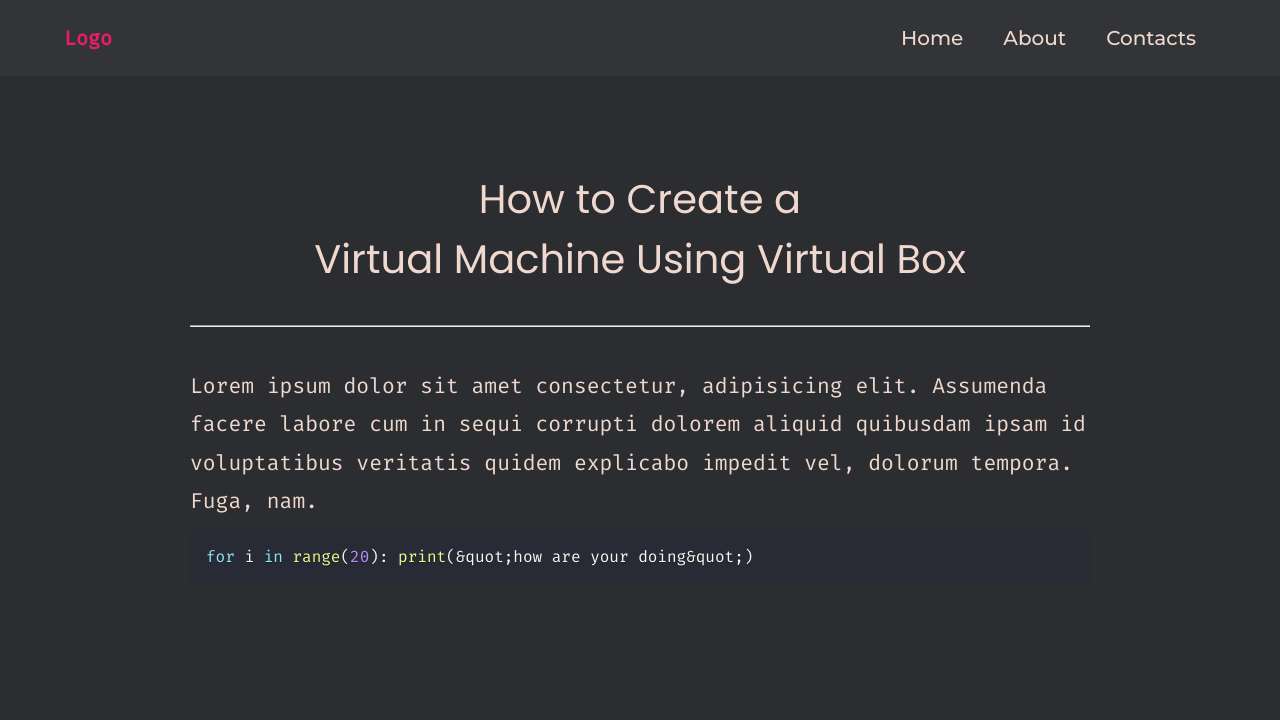
Repository: BuddyBob/thavasantonio
Page: /#/virtual-machine
These files come from the project's save history. The page is drawn as it stood at one moment and after the next save; the edit follows.
The browser window is 1280 px wide. The pictures show the whole page.
The project was rebuilt for these pictures with package versions that can differ from the ones it lists, and the page was loaded fresh each time. A package was used in the major version that the imports need, not the one package.json lists. Also part of the build but not shown: src/components/Card.js, src/Home.js.

Above is the page before, as saved 2021-08-20 15:23:06.

After the next save:
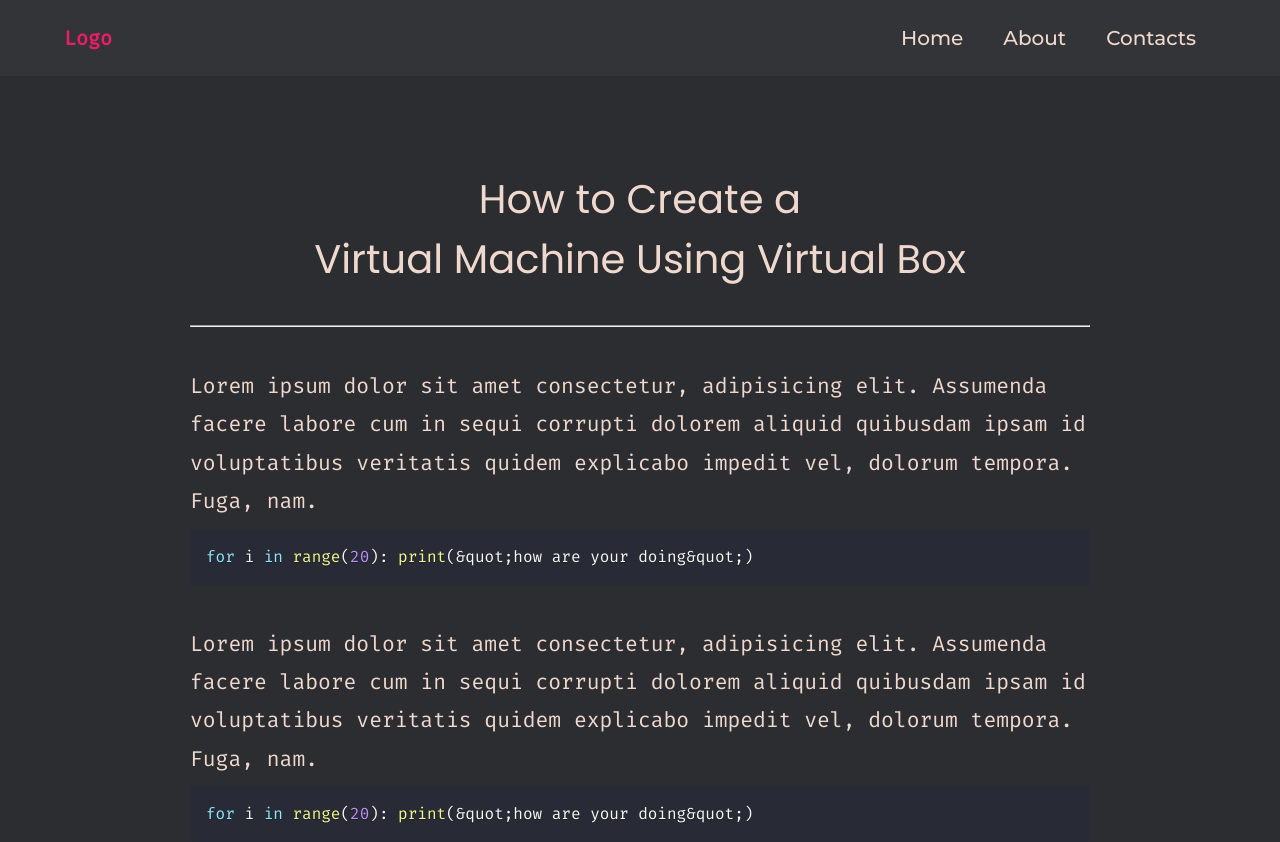
Saved 12 s later.
--- a/src/components/Pages/Virtual-Machine/VM.js
+++ b/src/components/Pages/Virtual-Machine/VM.js
@@ -15,6 +15,10 @@ export default function VM() {
                             Lorem ipsum dolor sit amet consectetur, adipisicing elit. Assumenda facere labore cum in sequi corrupti dolorem aliquid quibusdam ipsam id voluptatibus veritatis quidem explicabo impedit vel, dolorum tempora. Fuga, nam.
                         </p>
                         <CodeBlock language="javascript" codeString={"for i in range(20): print(&quot;how are your doing&quot;)"}/>
+                        <p>
+                            Lorem ipsum dolor sit amet consectetur, adipisicing elit. Assumenda facere labore cum in sequi corrupti dolorem aliquid quibusdam ipsam id voluptatibus veritatis quidem explicabo impedit vel, dolorum tempora. Fuga, nam.
+                        </p>
+                        <CodeBlock language="javascript" codeString={"for i in range(20): print(&quot;how are your doing&quot;)"}/>
                     </div>
                 </div>
             </div>
